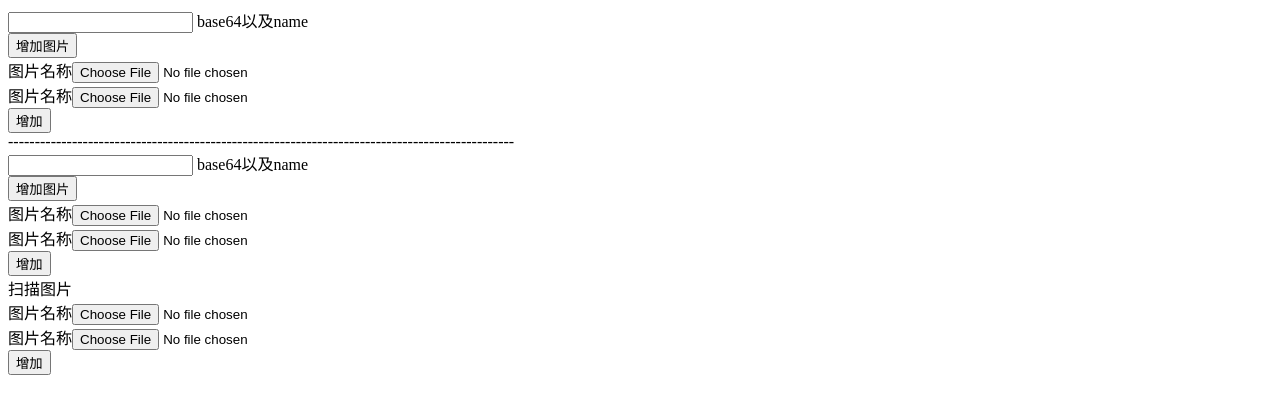
Repository: xoadoCompany/xoado
Page: http://localhost/xoado-cloud/
An editor plug-in stored every save of this project. The page is shown before and after the next save, followed by the edit.
The browser window is 1280 px wide. The pictures show the whole page.
The page is served by Tomcat 9. Nobody is signed in. The application's start-up code is not run.

Above is the page before, as saved 2018-08-30 06:57:46.

After the next save:
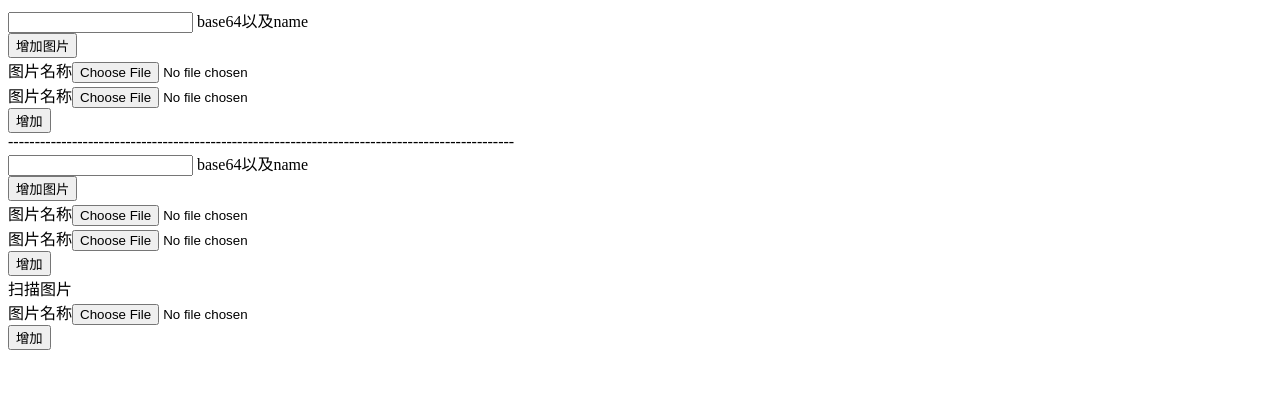
Saved 14 s later.
--- a/xoado/xoado-cloud/src/main/webapp/index.jsp
+++ b/xoado/xoado-cloud/src/main/webapp/index.jsp
@@ -29,7 +29,6 @@
 	扫描图片
 		<form action="/tools/scanner" method="post" enctype="multipart/form-data">
 		图片名称<input type="file" name="file"><br>
-		图片名称<input type="file" name="attachmentpicture"><br>
 		<input type="submit" value="增加">
 	</form>
 
